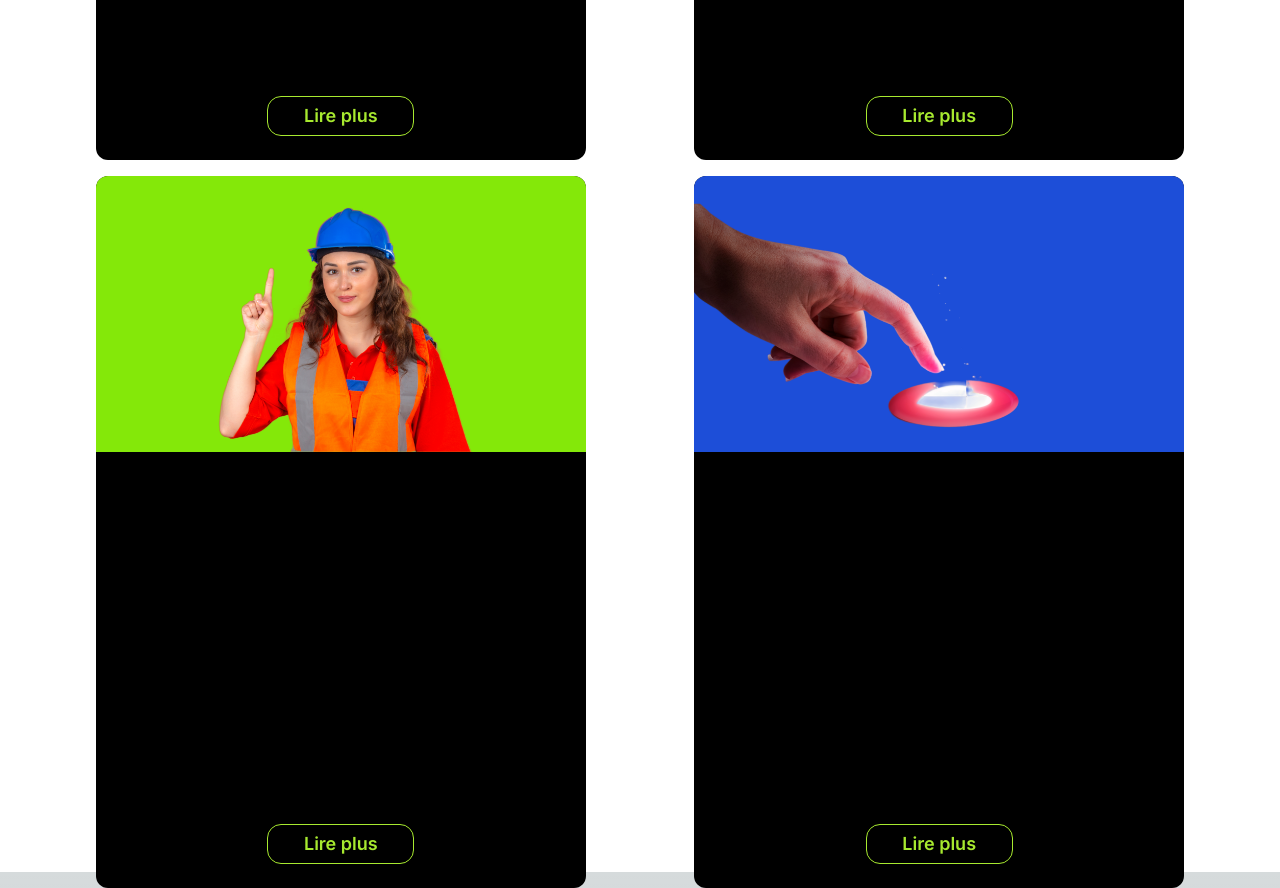
Repository: NassimeElkamari/test
Page: /blogs
An editor plug-in stored every save of this project. The page is shown before and after the next save, followed by the edit.
The browser window is 1280 px wide. The pictures show the part of the page from y = 1243 to 2195 px (the page is 2131 px tall before and 2195 px after).
The project was rebuilt for these pictures with package versions that can differ from the ones it lists, and the page was loaded fresh each time. The framework's server and built-in components were replaced by stand-ins that run in the browser. Also part of the build but not shown: next.config.mjs.

Above is the page before, as saved 2024-06-12 16:05:17.

### src/app/blogs/page.tsx
import Image from 'next/image';
import React from 'react';
import { MdDateRange } from "react-icons/md";
import BlogCard from '../../components/BlogCard';
import { cardData } from '../../data/cardData';


const Blog = () => {
  return (
    <div className='bg-white'>
      <div className='flex justify-center'>
        <h1 className="text-4xl font-bold text-center">Blog</h1>
      </div>
      <div className="relative w-[92vw] h-[85vh] mx-auto  overflow-hidden bg-black  pt-5 pl-8 flex flex-col justify-start rounded-2xl">
        <Image
          src="/bgImage.jpg"
          layout="fill"
          objectFit="cover"
          objectPosition="top"
          quality={100}
          alt="Background Image"
          className="opacity-30 bg-black"
        />
        <div className="absolute inset-0 flex flex-col justify-center text-white mt-[6%] p-4 pl-8">
          <h1 className="text-[52px] font-semibold mb-4">
          Ouvrez les portes de la connaissance <br /> avec nos Blogs stimulants
          </h1>
          <p className="text-[17px] mb-8">
          Découvrez les dernières actualités de 2peerfect dans une multitude de domaines passionnants. <br />Plongez-vous dans nos articles pour rester à jour sur les tendances les plus récentes en technologie, <br /> santé mentale, Design, Business, et bien plus encore. Avec une expertise diversifiée et des perspectives variées,<br /> 2peerfect vous offre un aperçu complet et captivant des développements les plus récents à travers différents secteurs.<br /> Ne manquez rien de ce qui se passe dans le monde, suivez 2peerfect pour rester informé et inspiré.
          </p>
          <div className="flex flex-wrap justify-between space-x-4 w-[80%]">
            <div className="bg-transparent rounded-lg shadow-md w-[15%] h-10 mb-4 border border-[#A7E92F] flex items-center justify-center">
              <h2 className="text-lg font-semibold text-center">Marketing</h2>
            </div>
            <div className="bg-transparent rounded-lg shadow-md w-[15%] h-10 mb-4 border border-[#A7E92F] flex items-center justify-center">
              <h2 className="text-lg font-semibold text-center">Design</h2>
            </div>
            <div className="bg-transparent rounded-lg shadow-md w-[15%] h-10 mb-4 border border-[#A7E92F] flex items-center justify-center">
              <h2 className="text-lg font-semibold text-center">Business</h2>
            </div>
            <div className="bg-transparent rounded-lg shadow-md w-[15%] h-10 mb-4 border border-[#A7E92F] flex items-center justify-center">
              <h2 className="text-lg font-semibold text-center">IT</h2>
            </div>
            <div className="bg-transparent rounded-lg shadow-md w-[15%] text-center h-10 mb-4 border border-[#A7E92F] flex items-center justify-center">
              <h2 className="text-lg font-semibold">Psychologie</h2>
            </div>


            {/* Add more cards as needed */}
          </div>
        </div>
      </div>
      <div className='second-section w-[85vw] mx-auto mt-10 flex justify-center'>
      <div className="flex flex-wrap gap-4 justify-between ">
      {cardData.map((card) => (
                  <BlogCard
                    imageSrc={card.imageSrc}
                    title={card.title}
                    description={card.description}
                    date={card.date}
                    color={card.background}
                  />
              ))}
      </div>

    </div>



    </div>
  );
};

export default Blog;

### src/components/BlogCard.tsx
import Image from 'next/image'
import React from 'react'
import { MdDateRange } from "react-icons/md";


const BlogCard = ({ imageSrc, title, description, date , color}) => {
  return (
    <div className='w-[45%] h-[50%] bg-black rounded-xl flex flex-col'>
    <div className="w-[100%] h-2/5 relative">
        <Image
        src={imageSrc}
        layout='responsive'
        height={100}
        width={100}
        alt="Card Image"
        className="w-full h-full rounded-t-xl "
        style={{backgroundColor: `${color}`}}
        />
    </div>
    <div className="pt-14 flex justify-center items-center flex-col px-5">
        <h1 className="text-[32px] font-semibold">{title}</h1>
        <p className="text-md mt-5">{description}</p>
    </div>
    <div className="flex items-center justify-end mt-10 mr-2">
        <MdDateRange width={70} height={70} className='mr-4'/>
        <p className="mr-2">{date}</p>
    </div>
    <div className="flex justify-center mt-8 mb-6"> {/* Added justify-center class */}
        <button className="bg-black rounded-[14px] shadow-md w-[30%] text-center h-10 border border-[#A7E92F] flex items-center justify-center">
        <h2 className="text-lg font-semibold text-[#A7E92F]">Lire plus</h2> {/* Added text-white class */}
        </button>
    </div>
    </div>
  )
}

export default BlogCard

### src/data/cardData.js
export const cardData = [
  {
    id: 1,
    imageSrc: "/card11.png",
    title: "L'impact des médias sociaux sur la santé mental",
    description: "Discuter de la façon dont les likes, les commentaires et les partages peuvent devenir une mesure de notre valeur personnelle, et comment cela peut affecter notre estime de soi et notre bien-être émotionnel...",
    date: "11 Décembre 2023",
    background: '#1D4ED8' // Background color for the first card
  },
  {
    id: 2,
    imageSrc: "/card22.png",
    title: "L’inovation technologique dans l’éducation",
    description: "Reconnaître les défis liés à l'intégration de la technologie dans l'éducation, tels que l'accès inégal aux ressources technologiques et les préoccupations concernant la dépendance excessive à la technologie...",
    date: "11 Décembre 2023",
    background: '#84e809' // Background color for the second card
  },
  {
    id: 3,
    imageSrc: "/card33.png",
    title: "L’inovation technologique dans l’éducation",
    description: "Reconnaître les défis liés à l'intégration de la technologie dans l'éducation, tels que l'accès inégal aux ressources technologiques et les préoccupations concernant la dépendance excessive à la technologie...",
    date: "11 Décembre 2023",
    background: '#84e809' // Background color for the third card
  },
  {
    id: 4,
    imageSrc: "/card11.png",
    title: "L'impact des médias sociaux sur la santé mental",
    description: "Discuter de la façon dont les likes, les commentaires et les partages peuvent devenir une mesure de notre valeur personnelle, et comment cela peut affecter notre estime de soi et notre bien-être émotionnel...",
    date: "11 Décembre 2023",
    background: '#1D4ED8' // Background color for the fourth card
  },
];

Loaded but not shown: src/app/layout.tsx (common file); src/app/globals.css (common file); tailwind.config.ts (common file)

After the next save:
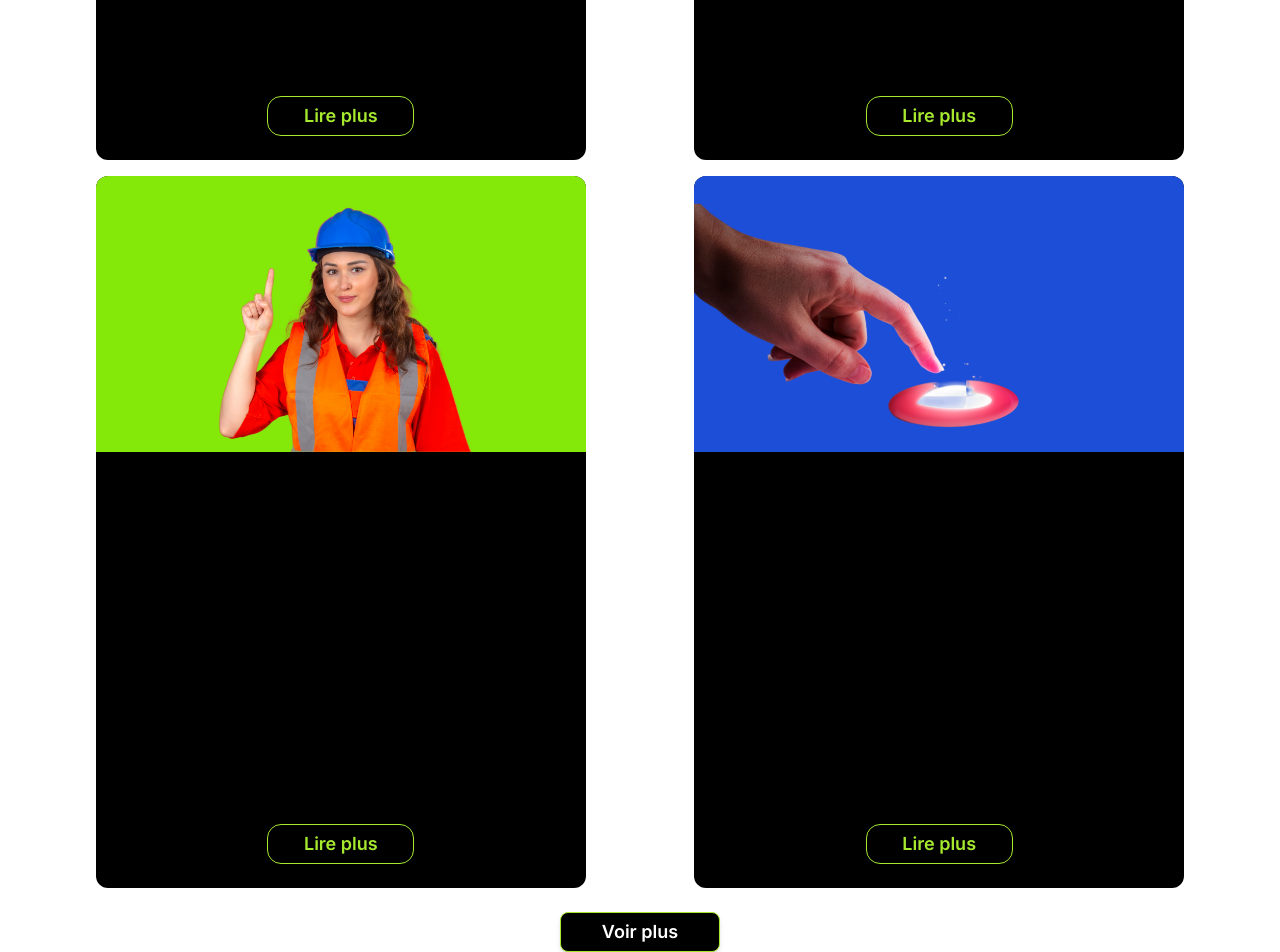
Saved 20 s later.
--- a/src/app/blogs/page.tsx
+++ b/src/app/blogs/page.tsx
@@ -3,7 +3,6 @@ import React from 'react';
 import { MdDateRange } from "react-icons/md";
 import BlogCard from '../../components/BlogCard';
 import { cardData } from '../../data/cardData';
-
 
 const Blog = () => {
   return (
@@ -11,7 +10,7 @@ const Blog = () => {
       <div className='flex justify-center'>
         <h1 className="text-4xl font-bold text-center">Blog</h1>
       </div>
-      <div className="relative w-[92vw] h-[85vh] mx-auto  overflow-hidden bg-black  pt-5 pl-8 flex flex-col justify-start rounded-2xl">
+      <div className="relative w-[92vw] h-[85vh] mx-auto overflow-hidden bg-black pt-5 pl-8 flex flex-col justify-start rounded-2xl">
         <Image
           src="/bgImage.jpg"
           layout="fill"
@@ -23,10 +22,10 @@ const Blog = () => {
         />
         <div className="absolute inset-0 flex flex-col justify-center text-white mt-[6%] p-4 pl-8">
           <h1 className="text-[52px] font-semibold mb-4">
-          Ouvrez les portes de la connaissance <br /> avec nos Blogs stimulants
+            Ouvrez les portes de la connaissance <br /> avec nos Blogs stimulants
           </h1>
           <p className="text-[17px] mb-8">
-          Découvrez les dernières actualités de 2peerfect dans une multitude de domaines passionnants. <br />Plongez-vous dans nos articles pour rester à jour sur les tendances les plus récentes en technologie, <br /> santé mentale, Design, Business, et bien plus encore. Avec une expertise diversifiée et des perspectives variées,<br /> 2peerfect vous offre un aperçu complet et captivant des développements les plus récents à travers différents secteurs.<br /> Ne manquez rien de ce qui se passe dans le monde, suivez 2peerfect pour rester informé et inspiré.
+            Découvrez les dernières actualités de 2peerfect dans une multitude de domaines passionnants. <br />Plongez-vous dans nos articles pour rester à jour sur les tendances les plus récentes en technologie, <br /> santé mentale, Design, Business, et bien plus encore. Avec une expertise diversifiée et des perspectives variées,<br /> 2peerfect vous offre un aperçu complet et captivant des développements les plus récents à travers différents secteurs.<br /> Ne manquez rien de ce qui se passe dans le monde, suivez 2peerfect pour rester informé et inspiré.
           </p>
           <div className="flex flex-wrap justify-between space-x-4 w-[80%]">
             <div className="bg-transparent rounded-lg shadow-md w-[15%] h-10 mb-4 border border-[#A7E92F] flex items-center justify-center">
@@ -44,29 +43,29 @@ const Blog = () => {
             <div className="bg-transparent rounded-lg shadow-md w-[15%] text-center h-10 mb-4 border border-[#A7E92F] flex items-center justify-center">
               <h2 className="text-lg font-semibold">Psychologie</h2>
             </div>
-
-
             {/* Add more cards as needed */}
           </div>
         </div>
       </div>
       <div className='second-section w-[85vw] mx-auto mt-10 flex justify-center'>
-      <div className="flex flex-wrap gap-4 justify-between ">
-      {cardData.map((card) => (
-                  <BlogCard
-                    imageSrc={card.imageSrc}
-                    title={card.title}
-                    description={card.description}
-                    date={card.date}
-                    color={card.background}
-                  />
-              ))}
+        <div className="flex flex-wrap gap-4 justify-between ">
+          {cardData.map((card) => (
+            <BlogCard
+              key={card.id}
+              imageSrc={card.imageSrc}
+              title={card.title}
+              description={card.description}
+              date={card.date}
+              color={card.background}
+            />
+          ))}
+        </div>
       </div>
-
-    </div>
-
-
-
+      <div className="flex justify-center mt-10">
+        <button className="bg-black text-white rounded-lg shadow-md w-40 text-center h-10 border border-[#A7E92F] flex items-center justify-center">
+          <h2 className="text-lg font-semibold">Voir plus</h2>
+        </button>
+      </div>
     </div>
   );
 };
